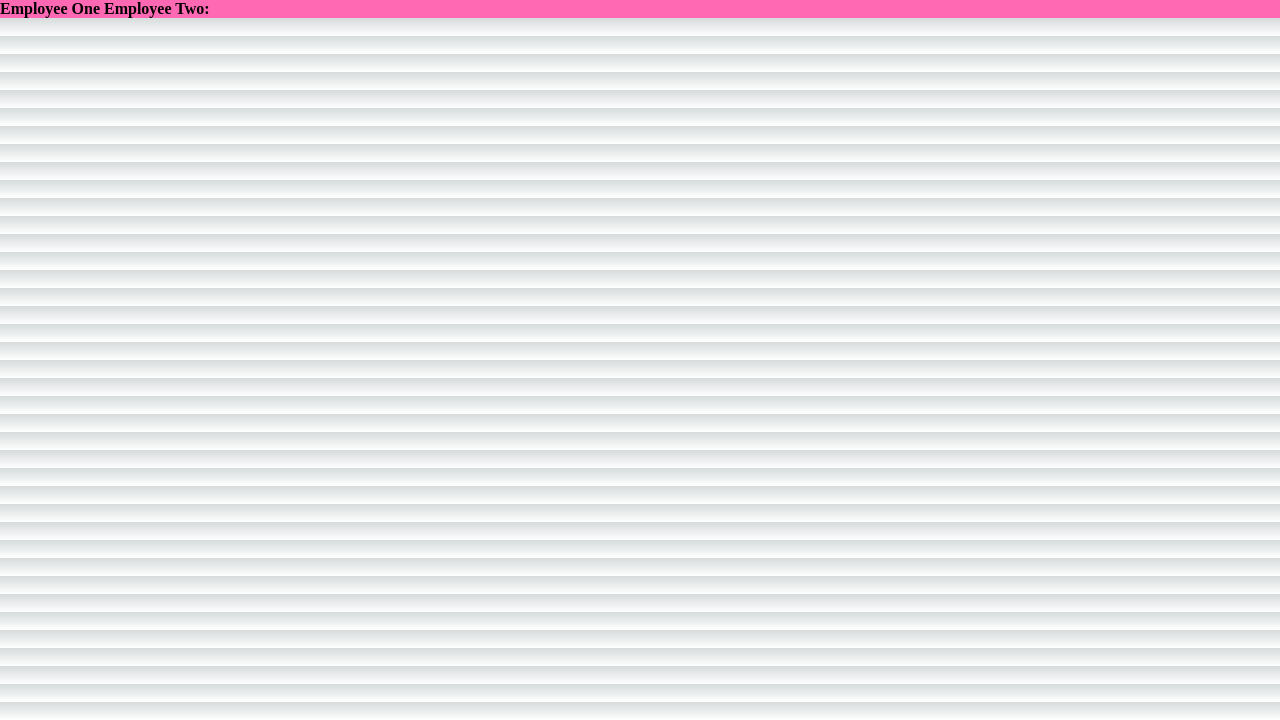
Repository: bguemos/week3example
Page: /About
An editor plug-in stored every save of this project. The page is shown before and after the next save, followed by the edit.
The browser window is 1280 px wide. The pictures show the whole page.
The project was rebuilt for these pictures with package versions that can differ from the ones it lists, and the page was loaded fresh each time. The framework's server and built-in components were replaced by stand-ins that run in the browser. Also part of the build but not shown: next.config.js, components/Card/About.js.

Above is the page before, as saved 2023-01-19 13:13:28.

After the next save:
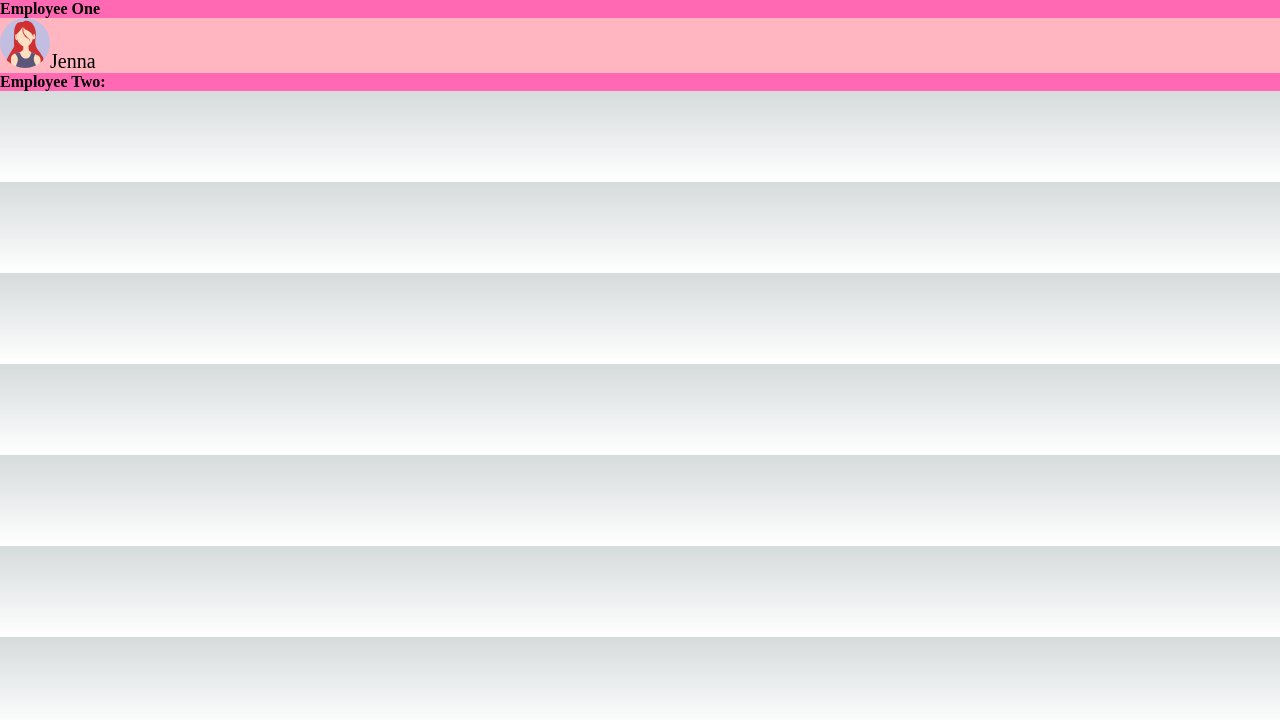
Saved 20 s later.
--- a/pages/About.js
+++ b/pages/About.js
@@ -4,7 +4,7 @@ import { Inter } from '@next/font/google'
 import styles from '@/styles/info.module.css'
 import data from '../data/employee.json'
 import { useState } from 'react'
-import Card from '../components/Card/about'
+import CardEmployee from '../components/CardEmployee'
 import Link from 'next/link'
 
 
@@ -20,10 +20,10 @@ export default function About() {
         <div className={styles.grid}>
             <b> Employee One </b>
                 {information && information.map((info, index) => {
-                if (info.Position === "manager") {
+                if (info.position === "manager") {
                     return (
                         <div key={index}>
-                            <Card key={About} employeeName={info.name} colour="lightPink" font="20px" />
+                            <CardEmployee key={About} employeeName={info.name} colour="lightPink" font="20px" />
                         </div>
                     )}
                 })}
@@ -32,7 +32,7 @@ export default function About() {
                 if (info.Position === "ceo") {
                     return (
                         <div key={index}>
-                            <Card key={About} employeeName={info.name} colour="purple" font="20px" />
+                            <CardEmployee key={About} employeeName={info.name} colour="purple" font="20px" />
                         </div>
                     )}
                 })}
